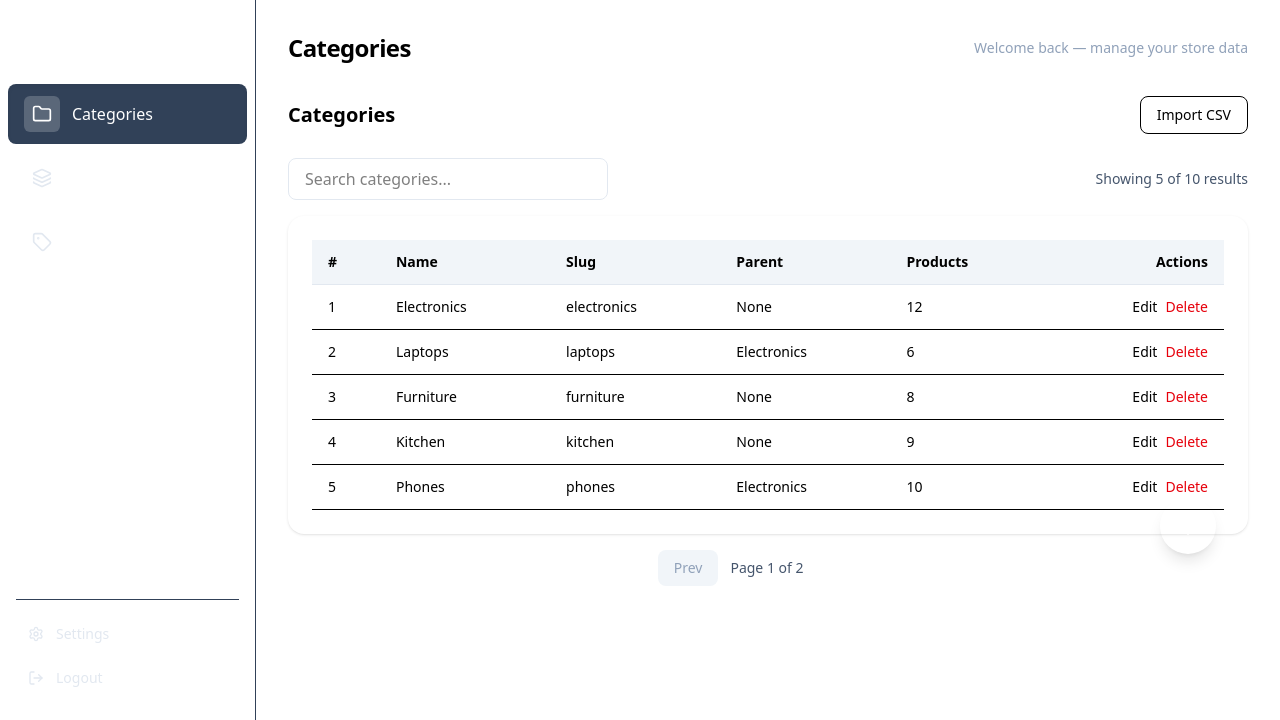
Repository: Ndegwa2/MulistorePOS
Page: /
The author's editor kept a copy of each file at every save. The page is drawn from the files as they stood at one save, then again after the next save.
The browser window is 1280 px wide. The pictures show the whole page.
The project was rebuilt for these pictures with package versions that can differ from the ones it lists, and the page was loaded fresh each time. Also part of the build but not shown: vite.config.js, Frontend/EditModal.jsx, Frontend/DeleteConfirm.jsx, Frontend/subcategory.jsx, Frontend/brand.jsx.

Above is the page before, as saved 2025-10-03 10:18:30.

### index.html
<!DOCTYPE html>
<html lang="en">
  <head>
    <meta charset="UTF-8" />
    <link rel="icon" type="image/svg+xml" href="/vite.svg" />
    <meta name="viewport" content="width=device-width, initial-scale=1.0" />
    <title>Multistore POS</title>
  </head>
  <body class="bg-secondary text-text">
    <div id="root"></div>
    <script type="module" src="/Frontend/main.jsx"></script>
  </body>
</html>

### Frontend/main.jsx
import React from 'react'
import ReactDOM from 'react-dom/client'
import './index.css'
import Dashboard from './dashboaord'

ReactDOM.createRoot(document.getElementById('root')).render(
  <React.StrictMode>
    <Dashboard />
  </React.StrictMode>,
)

### Frontend/dashboaord.jsx
import React, { useState } from "react";
import { Folder, Layers, Tag, Settings, LogOut } from "lucide-react";

// Assume these exist in your project
import CategoryPanel from "./categoryPanel";
import SubCategoryPanel from "./subcategory";
import BrandPanel from "./brand";

const NAV = [
  { key: "categories", label: "Categories", icon: Folder },
  { key: "subcategories", label: "Subcategories", icon: Layers },
  { key: "brands", label: "Brands", icon: Tag },
];

export default function Dashboard() {
  const [active, setActive] = useState("categories");

  // small helper for rendering the active panel
  function renderPanel() {
    if (active === "categories") return <CategoryPanel />;
    if (active === "subcategories") return <SubCategoryPanel />;
    return <BrandPanel />;
  }

  return (
    <div className="min-h-screen bg-secondary text-text flex">
      {/* Sidebar */}
      <aside
        className="w-64 fixed left-0 top-0 h-screen bg-primary text-white border-r border-slate-700
                   flex flex-col justify-between"
        aria-label="Sidebar"
      >
        <div>
          {/* Logo / Title */}
          <div className="px-6 py-6">
            <div className="text-sm font-semibold">Multistore POS</div>
          </div>

          {/* Nav */}
          <nav className="mt-4 px-2" aria-label="Main navigation">
            {NAV.map((n) => {
              const Icon = n.icon;
              const isActive = active === n.key;
              return (
                <button
                  key={n.key}
                  onClick={() => setActive(n.key)}
                  className={`group w-full flex items-center gap-3 px-4 py-3 my-1 rounded-lg text-left
                              transition-colors duration-150
                              ${isActive ? "bg-slate-700 text-white shadow-inner" : "hover:bg-slate-700"}`}
                  aria-current={isActive ? "page" : undefined}
                >
                  <div className={`p-2 rounded-md ${isActive ? "bg-white/20" : "bg-transparent"}`}>
                    <Icon className={`w-5 h-5 ${isActive ? "text-white" : "text-slate-200"} transition-colors`} />
                  </div>
                  <span className="flex-1">{n.label}</span>
                  {/* subtle chevron or count placeholder (optional) */}
                </button>
              );
            })}
          </nav>
        </div>

        {/* bottom area */}
        <div className="px-4 pb-6">
          <div className="border-t border-slate-700 pt-4 flex flex-col gap-2">
            <button className="flex items-center gap-3 px-3 py-2 rounded-lg hover:bg-slate-700 transition-colors">
              <Settings className="w-4 h-4 text-slate-200" />
              <span className="text-sm text-slate-200">Settings</span>
            </button>
            <button className="flex items-center gap-3 px-3 py-2 rounded-lg hover:bg-slate-700 transition-colors">
              <LogOut className="w-4 h-4 text-slate-200" />
              <span className="text-sm text-slate-200">Logout</span>
            </button>
          </div>
        </div>
      </aside>

      {/* Main content */}
      <main className="flex-1 ml-64 bg-secondary min-h-screen text-text p-8">
        {/* Top header (shows active panel name) */}
        <header className="mb-6">
          <div className="flex items-center justify-between">
            <h2 className="text-2xl font-semibold tracking-tight">
              {NAV.find((n) => n.key === active)?.label}
            </h2>
            <div className="text-sm text-slate-400">Welcome back — manage your store data</div>
          </div>
        </header>

        {/* Content area with simple fade/slide animation */}
        <section
          key={active} /* remounts on active change to trigger transition */
          className="transition duration-300 ease-out transform opacity-0 translate-y-2 animate-fade-in"
          style={{ animationFillMode: "forwards", animationDuration: "220ms" }}
        >
          <div className="bg-transparent">
            {renderPanel()}
          </div>
        </section>
      </main>

      {/* small global styles for the fade-in animation (Tailwind can't define keyframes inline) */}
      <style>{`
        @keyframes fadeIn {
          from { opacity: 0; transform: translateY(6px); }
          to { opacity: 1; transform: translateY(0); }
        }
        .animate-fade-in {
          animation-name: fadeIn;
        }
      `}</style>
    </div>
  );
}

### Frontend/categoryPanel.jsx
import React, { useState } from "react";
import EditModal from "./EditModal";
import DeleteConfirm from "./DeleteConfirm";

export default function CategoryPanel() {
  const [categories, setCategories] = useState([
    { id: 1, name: "Electronics", slug: "electronics", parent: "None", count: 12 },
    { id: 2, name: "Laptops", slug: "laptops", parent: "Electronics", count: 6 },
    { id: 3, name: "Furniture", slug: "furniture", parent: "None", count: 8 },
    { id: 4, name: "Kitchen", slug: "kitchen", parent: "None", count: 9 },
    { id: 5, name: "Phones", slug: "phones", parent: "Electronics", count: 10 },
    { id: 6, name: "Accessories", slug: "accessories", parent: "Electronics", count: 4 },
    { id: 7, name: "Chairs", slug: "chairs", parent: "Furniture", count: 7 },
    { id: 8, name: "Tables", slug: "tables", parent: "Furniture", count: 5 },
    { id: 9, name: "Home Decor", slug: "home-decor", parent: "None", count: 11 },
    { id: 10, name: "Audio", slug: "audio", parent: "Electronics", count: 3 },
  ]);

  const [showModal, setShowModal] = useState(false);
  const [newCategory, setNewCategory] = useState({ name: "", slug: "", parent: "", description: "" });
  const [searchTerm, setSearchTerm] = useState("");
  const [currentPage, setCurrentPage] = useState(1);
  const itemsPerPage = 5;

  const [showEditModal, setShowEditModal] = useState(false);
  const [editingItem, setEditingItem] = useState(null);
  const [showDeleteConfirm, setShowDeleteConfirm] = useState(false);
  const [deletingItem, setDeletingItem] = useState(null);

  // Derived filtered categories
  const filtered = categories.filter(
    (c) =>
      c.name.toLowerCase().includes(searchTerm.toLowerCase()) ||
      c.slug.toLowerCase().includes(searchTerm.toLowerCase())
  );

  // Pagination logic
  const totalPages = Math.ceil(filtered.length / itemsPerPage);
  const paginated = filtered.slice((currentPage - 1) * itemsPerPage, currentPage * itemsPerPage);

  const handleAdd = () => setShowModal(true);

  const handleSave = () => {
    if (newCategory.name.trim() === "") return;
    setCategories([...categories, { ...newCategory, id: Date.now(), count: 0 }]);
    setNewCategory({ name: "", slug: "", parent: "", description: "" });
    setShowModal(false);
  };

  const handleSearch = (e) => {
    setSearchTerm(e.target.value);
    setCurrentPage(1);
  };

  const handleEdit = (item) => {
    setEditingItem(item);
    setShowEditModal(true);
  };

  const handleEditSave = (updated) => {
    setCategories(categories.map(c => c.id === updated.id ? updated : c));
    setShowEditModal(false);
  };

  const handleDelete = (item) => {
    setDeletingItem(item);
    setShowDeleteConfirm(true);
  };

  const handleDeleteConfirm = () => {
    setCategories(categories.filter(c => c.id !== deletingItem.id));
    setShowDeleteConfirm(false);
  };

  return (
    <div className="text-text font-sans">
      {/* Header */}
      <div className="flex flex-col sm:flex-row justify-between sm:items-center mb-6 gap-3">
        <h2 className="text-xl font-semibold">Categories</h2>
        <div className="flex gap-3">
          <button
            className="bg-primary text-white px-4 py-2 rounded-lg hover:bg-slate-700 text-sm"
            onClick={handleAdd}
          >
            + New Category
          </button>
          <button className="border border-primary text-primary px-4 py-2 rounded-lg hover:bg-slate-100 text-sm">
            Import CSV
          </button>
        </div>
      </div>

      {/* Search */}
      <div className="mb-4 flex justify-between items-center flex-wrap gap-3">
        <input
          type="text"
          placeholder="Search categories..."
          value={searchTerm}
          onChange={handleSearch}
          className="w-full sm:w-1/3 bg-white text-text px-4 py-2 rounded-lg border border-slate-200 focus:ring-2 focus:ring-primary outline-none"
        />
        <span className="text-sm text-slate-600">
          Showing {paginated.length} of {filtered.length} results
        </span>
      </div>

      {/* Table */}
      <div className="bg-white rounded-2xl shadow p-6 overflow-x-auto">
        <table className="w-full text-left border-collapse text-sm">
          <thead className="bg-slate-100 border-b border-slate-200">
            <tr>
              <th className="py-3 px-4">#</th>
              <th className="py-3 px-4">Name</th>
              <th className="py-3 px-4">Slug</th>
              <th className="py-3 px-4">Parent</th>
              <th className="py-3 px-4">Products</th>
              <th className="py-3 px-4 text-right">Actions</th>
            </tr>
          </thead>
          <tbody>
            {paginated.map((cat, idx) => (
              <tr key={cat.id} className="border-b hover:bg-slate-50">
                <td className="py-3 px-4">{(currentPage - 1) * itemsPerPage + idx + 1}</td>
                <td className="py-3 px-4">{cat.name}</td>
                <td className="py-3 px-4">{cat.slug}</td>
                <td className="py-3 px-4">{cat.parent}</td>
                <td className="py-3 px-4">{cat.count}</td>
                <td className="py-3 px-4 text-right space-x-2">
                  <button
                    onClick={() => handleEdit(cat)}
                    className="text-primary hover:underline"
                  >
                    Edit
                  </button>
                  <button
                    onClick={() => handleDelete(cat)}
                    className="text-red-600 hover:underline"
                  >
                    Delete
                  </button>
                </td>
              </tr>
            ))}
          </tbody>
        </table>
      </div>

      {/* Pagination Controls */}
      <div className="flex justify-center gap-3 mt-4">
        <button
          disabled={currentPage === 1}
          onClick={() => setCurrentPage(currentPage - 1)}
          className={`px-4 py-2 rounded-lg text-sm ${
            currentPage === 1 ? "bg-slate-100 text-slate-400" : "bg-primary text-white hover:bg-slate-700"
          }`}
        >
          Prev
        </button>
        <span className="text-slate-600 text-sm self-center">
          Page {currentPage} of {totalPages}
        </span>
        <button
          disabled={currentPage === totalPages}
          onClick={() => setCurrentPage(currentPage + 1)}
          className={`px-4 py-2 rounded-lg text-sm ${
            currentPage === totalPages
              ? "bg-slate-100 text-slate-400"
              : "bg-primary text-white hover:bg-slate-700"
          }`}
        >
          Next
        </button>
      </div>

      {/* Floating Add Button */}
      <button
        onClick={handleAdd}
        className="fixed bottom-8 right-8 bg-primary hover:bg-slate-700 w-14 h-14 flex items-center justify-center rounded-full shadow-lg text-white"
      >
        <span className="text-2xl">＋</span>
      </button>

      {/* Modal */}
      {showModal && (
        <div className="fixed inset-0 bg-black/50 flex items-center justify-center z-50">
          <div className="bg-white p-6 rounded-xl w-full max-w-md shadow-2xl border border-slate-200">
            <h2 className="text-lg font-semibold mb-4">Add New Category</h2>

            <div className="space-y-4">
              <div>
                <label className="text-sm text-slate-600">Name</label>
                <input
                  type="text"
                  value={newCategory.name}
                  onChange={(e) => setNewCategory({ ...newCategory, name: e.target.value })}
                  className="w-full mt-1 bg-white border border-slate-200 rounded-lg px-3 py-2 outline-none focus:ring-2 focus:ring-primary"
                />
              </div>
              <div>
                <label className="text-sm text-slate-600">Slug</label>
                <input
                  type="text"
                  value={newCategory.slug}
                  onChange={(e) => setNewCategory({ ...newCategory, slug: e.target.value })}
                  className="w-full mt-1 bg-white border border-slate-200 rounded-lg px-3 py-2 outline-none focus:ring-2 focus:ring-primary"
                />
              </div>
              <div>
                <label className="text-sm text-slate-600">Parent</label>
                <select
                  value={newCategory.parent}
                  onChange={(e) => setNewCategory({ ...newCategory, parent: e.target.value })}
                  className="w-full mt-1 bg-white border border-slate-200 rounded-lg px-3 py-2 outline-none focus:ring-2 focus:ring-primary"
                >
                  <option value="">None</option>
                  {categories
                    .filter((c) => c.parent === "None")
                    .map((c) => (
                      <option key={c.id}>{c.name}</option>
                    ))}
                </select>
              </div>
              <div>
                <label className="text-sm text-slate-600">Description</label>
                <textarea
                  rows="3"
                  value={newCategory.description}
                  onChange={(e) => setNewCategory({ ...newCategory, description: e.target.value })}
                  className="w-full mt-1 bg-white border border-slate-200 rounded-lg px-3 py-2 outline-none focus:ring-2 focus:ring-primary"
                ></textarea>
              </div>
            </div>

            <div className="flex justify-end gap-3 mt-6">
              <button
                onClick={() => setShowModal(false)}
                className="px-4 py-2 bg-slate-100 hover:bg-slate-200 rounded-lg"
              >
                Cancel
              </button>
              <button
                onClick={handleSave}
                className="px-4 py-2 bg-primary text-white hover:bg-slate-700 rounded-lg"
              >
                Save
              </button>
            </div>
          </div>
        </div>
      )}

      <EditModal
        isOpen={showEditModal}
        onClose={() => setShowEditModal(false)}
        onSave={handleEditSave}
        initialData={editingItem}
        fields={[
          { name: 'name', label: 'Name', type: 'text' },
          { name: 'slug', label: 'Slug', type: 'text' },
          { name: 'parent', label: 'Parent', type: 'select', options: ['None', ...categories.filter(c => c.parent === 'None').map(c => c.name)] },
          { name: 'description', label: 'Description', type: 'textarea' }
        ]}
      />

      <DeleteConfirm
        isOpen={showDeleteConfirm}
        onClose={() => setShowDeleteConfirm(false)}
        onConfirm={handleDeleteConfirm}
        itemName={deletingItem?.name}
      />
    </div>
  );
}

Loaded but not shown: Frontend/index.css (common file)

After the next save:
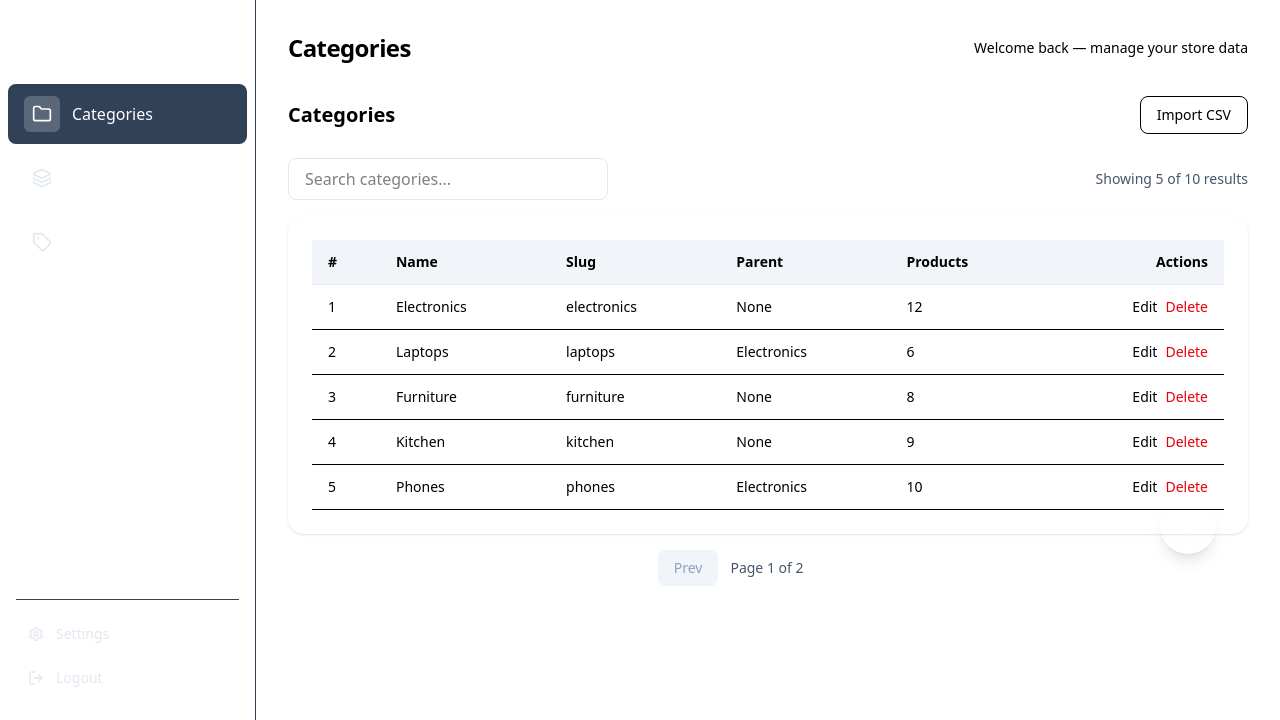
Saved 9 s later.
--- a/Frontend/dashboaord.jsx
+++ b/Frontend/dashboaord.jsx
@@ -84,7 +84,7 @@ export default function Dashboard() {
             <h2 className="text-2xl font-semibold tracking-tight">
               {NAV.find((n) => n.key === active)?.label}
             </h2>
-            <div className="text-sm text-slate-400">Welcome back — manage your store data</div>
+            <div className="text-sm text-text">Welcome back — manage your store data</div>
           </div>
         </header>
 
